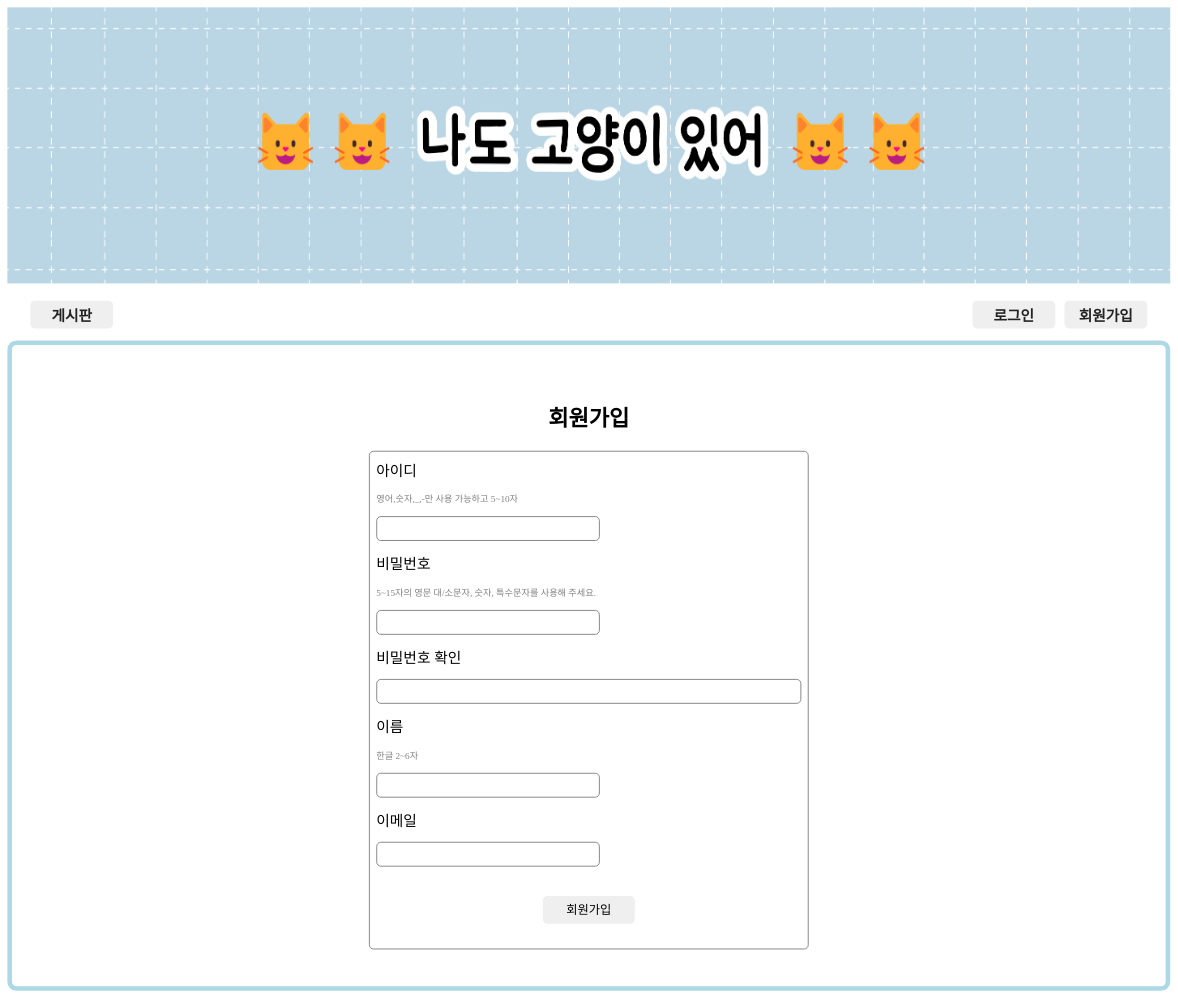
Repository: hh7711/Goit
Page: http://localhost/Goit/WEB-INF/views/signUpPage.jsp
These files come from the project's save history. The page is drawn as it stood at one moment and after the next save; the edit follows.
The browser window is 1280 px wide. The pictures show the whole page, at 92% of full size.
Some web fonts or font styles are not loaded; a fallback is used. The page is served by Tomcat 9. Nobody is signed in. The template is opened directly, without the code that normally fills it, so the values that code supplies are empty.

Above is the page before, as saved 2023-08-03 07:33:07.

After the next save:
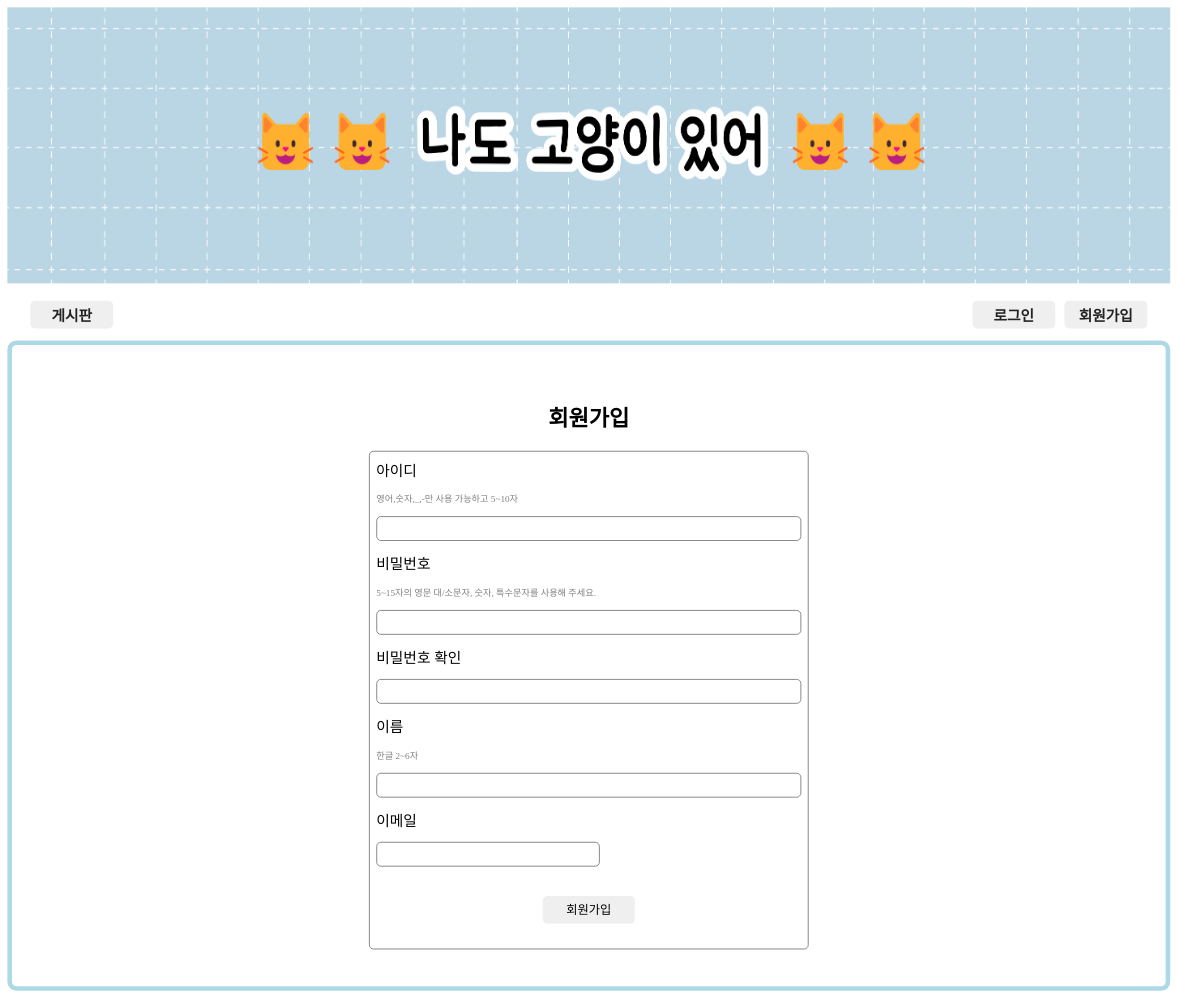
Saved 39 s later.
--- a/Goit/src/main/webapp/WEB-INF/views/signUpPage.jsp
+++ b/Goit/src/main/webapp/WEB-INF/views/signUpPage.jsp
@@ -118,7 +118,7 @@
 			            <tr>
 			                <td>
 			                    <!-- <input type="text" name="id" id="id" placeholder="아이디를 입력하세요"> -->
-			                    <input type="text" name="id" id="id" class="write" size="30" maxlength="10">
+			                    <input type="text" name="id" id="id" class="write" size="60" maxlength="10">
 			                </td>
 			            </tr>
 						<tr id="idX" style="display: none;">
@@ -143,7 +143,7 @@
 						</tr>
 			            <tr>
 			                <td>
-			                    <input type="password" id="pwd1" class="write" size="30" maxlength="15">
+			                    <input type="password" id="pwd1" class="write" size="60" maxlength="15">
 			                </td>
 			            </tr>
 						<tr>
@@ -174,7 +174,7 @@
 						</tr>
 			            <tr>
 			                <td colspan="2">
-			                    <input type="text" name="name" id="name" class="write" size="30" maxlength="6">
+			                    <input type="text" name="name" id="name" class="write" size="60" maxlength="6">
 			                </td>
 			            </tr>
 						<tr>
